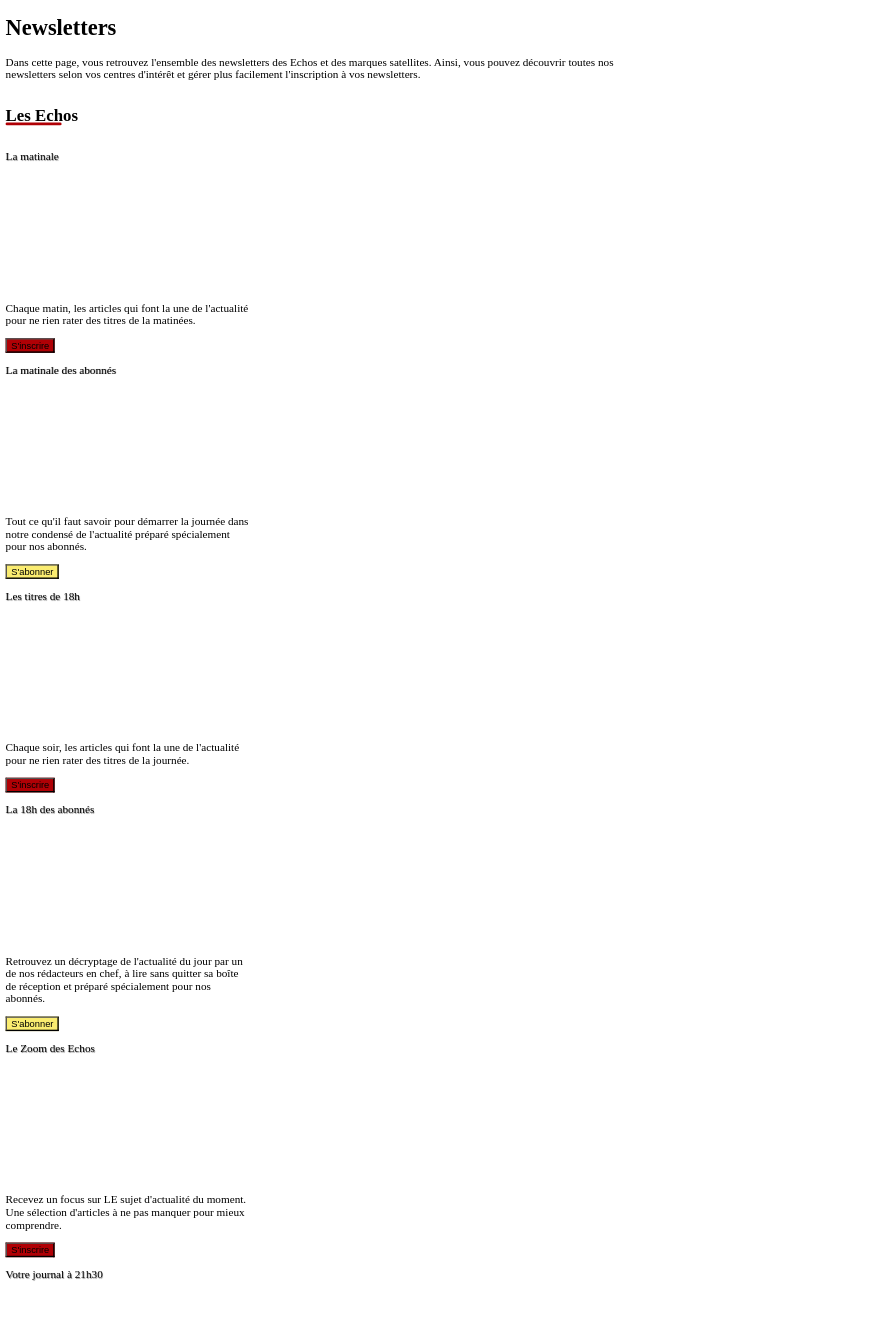
Repository: JeremyBeherec/technical-test-les-echos
Page: /
An editor plug-in stored every save of this project. The page is shown before and after the next save, followed by the edit.
The browser window is 1280 px wide. The pictures show the part of the page from y = 0 to 1920 px (the page is 3060 px tall before and 3694 px after), at 70% of full size.
The project was rebuilt for these pictures with package versions that can differ from the ones it lists, and the page was loaded fresh each time. Also part of the build but not shown: vite.config.ts.

Above is the page before, as saved 2024-04-17 16:28:45.

After the next save:
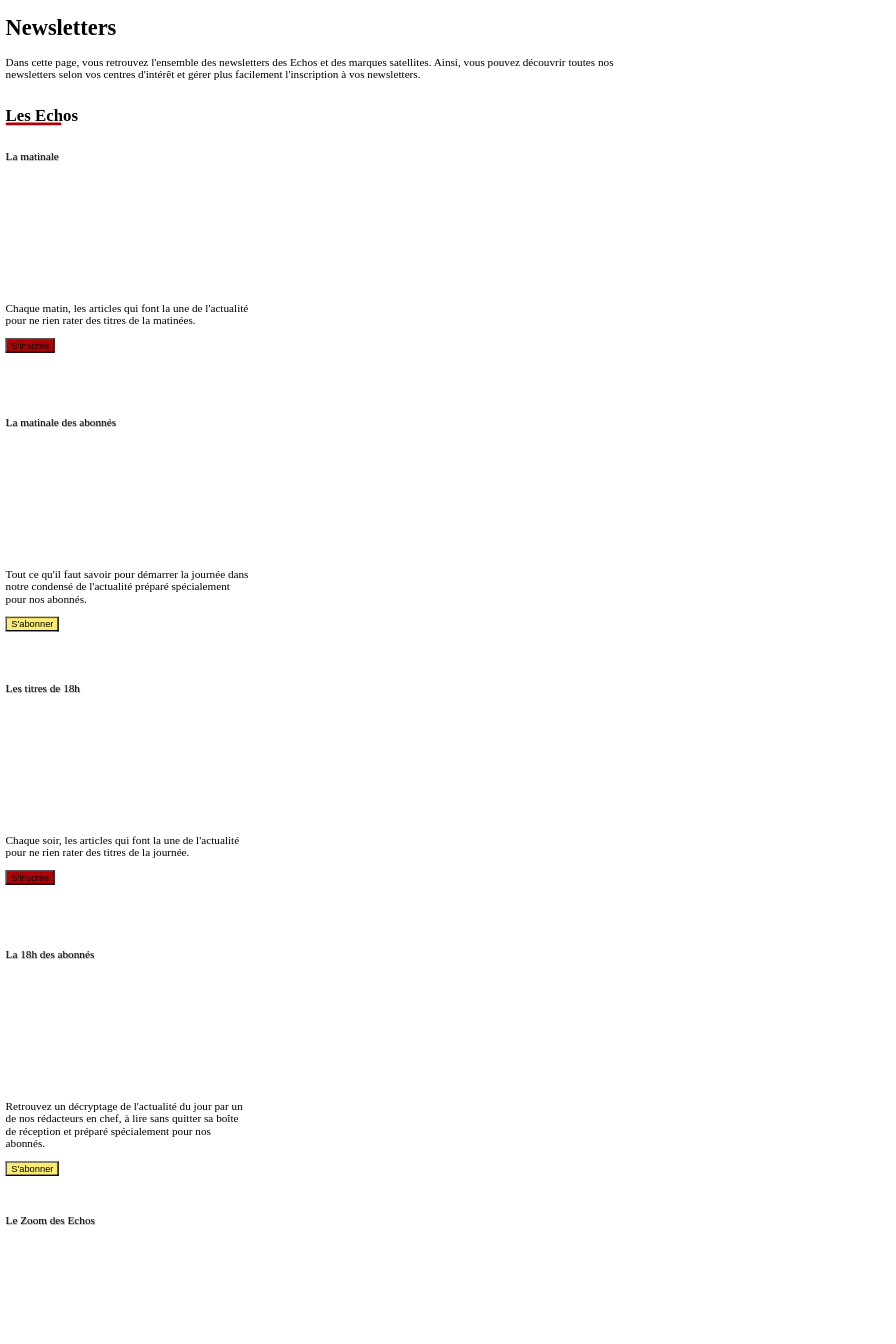
Saved 56 s later.
--- a/src/components/molecules/Article/Article.tsx
+++ b/src/components/molecules/Article/Article.tsx
@@ -21,7 +21,7 @@
 
 export const Article = ({ title, description, note, accessType }: ArticleProps) => {
   return (
-    <article className="flex flex-col gap-4 justify-center" style={{ width: 350 }}>
+    <article className="flex flex-col gap-4 justify-center" style={{ width: 350, height: 364 }}>
       <div className="bg-gray-300 flex justify-center items-center" style={{ height: 200 }}>
         <p className="text-white text-3xl font-bold text-center" style={{ textShadow: '1px 1px 1px #0006' }}>{title}</p>
       </div>
